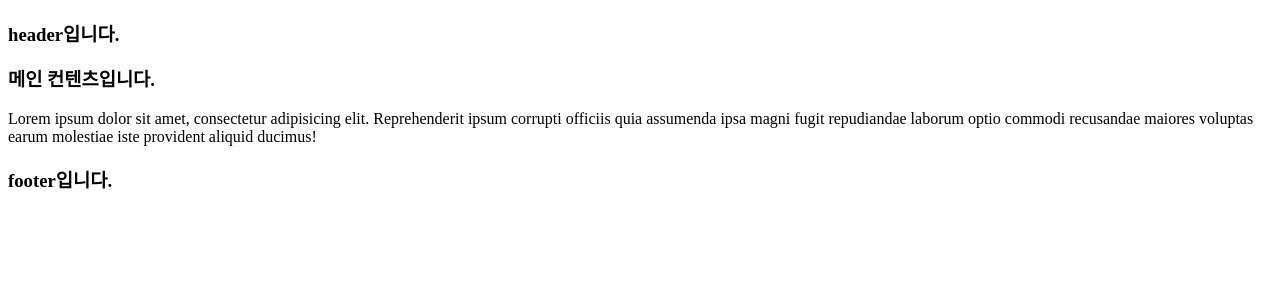
Repository: hyunhee7/web_work
Page: http://localhost/Step10_Include/test4/main.jsp
The author's editor kept a copy of each file at every save. The page is drawn from the files as they stood at one save, then again after the next save.
The browser window is 1280 px wide. The pictures show the whole page.
The page is served by Tomcat 9.

Above is the page before, as saved 2017-06-29 06:34:55.

After the next save:
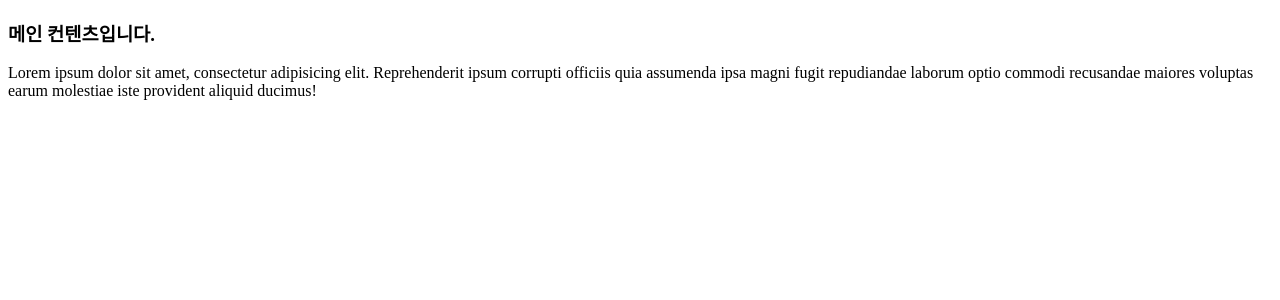
Saved 59 s later.
--- a/Step10_Include/WebContent/test4/main.jsp
+++ b/Step10_Include/WebContent/test4/main.jsp
@@ -7,17 +7,11 @@
 <title>main.jsp</title>
 </head>
 <body>
-<!--
-	include 디렉티브를 이용해서 외부 jsp 코드를 main.jsp 페이지에 병합시키기
- -->
-<%@ include file="header.jsp" %>
-	<div>
 		<h3>메인 컨텐츠입니다.</h3>
 		<p>Lorem ipsum dolor sit amet, consectetur adipisicing elit.
 		Reprehenderit ipsum corrupti officiis quia assumenda ipsa magni
 		fugit repudiandae laborum optio commodi recusandae maiores voluptas earum
 		molestiae iste provident aliquid ducimus!</p>
 	</div>
-<%@ include file="footer.jsp" %>
 </body>
 </html>

After the 2 saves that followed:
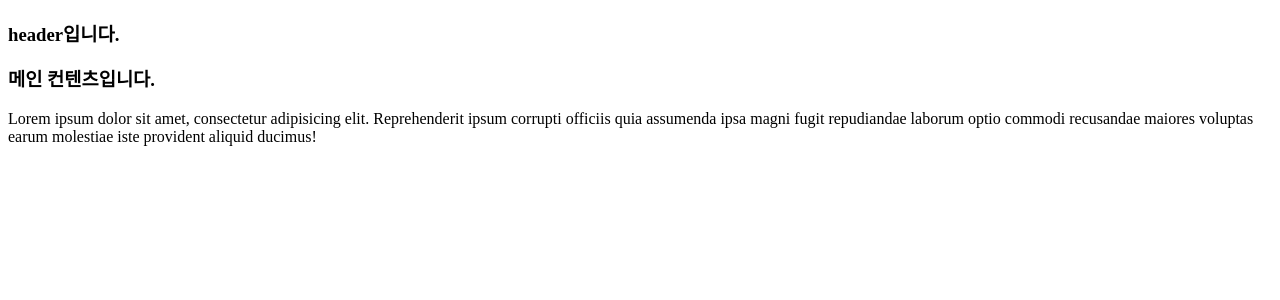
The 2 saves are shown as one change because 1 did not build or start.
The last was saved 38 s later.
--- a/Step10_Include/WebContent/test4/main.jsp
+++ b/Step10_Include/WebContent/test4/main.jsp
@@ -7,6 +7,8 @@
 <title>main.jsp</title>
 </head>
 <body>
+<jsp:include page="header.jsp"></jsp:include>
+	<div>
 		<h3>메인 컨텐츠입니다.</h3>
 		<p>Lorem ipsum dolor sit amet, consectetur adipisicing elit.
 		Reprehenderit ipsum corrupti officiis quia assumenda ipsa magni
